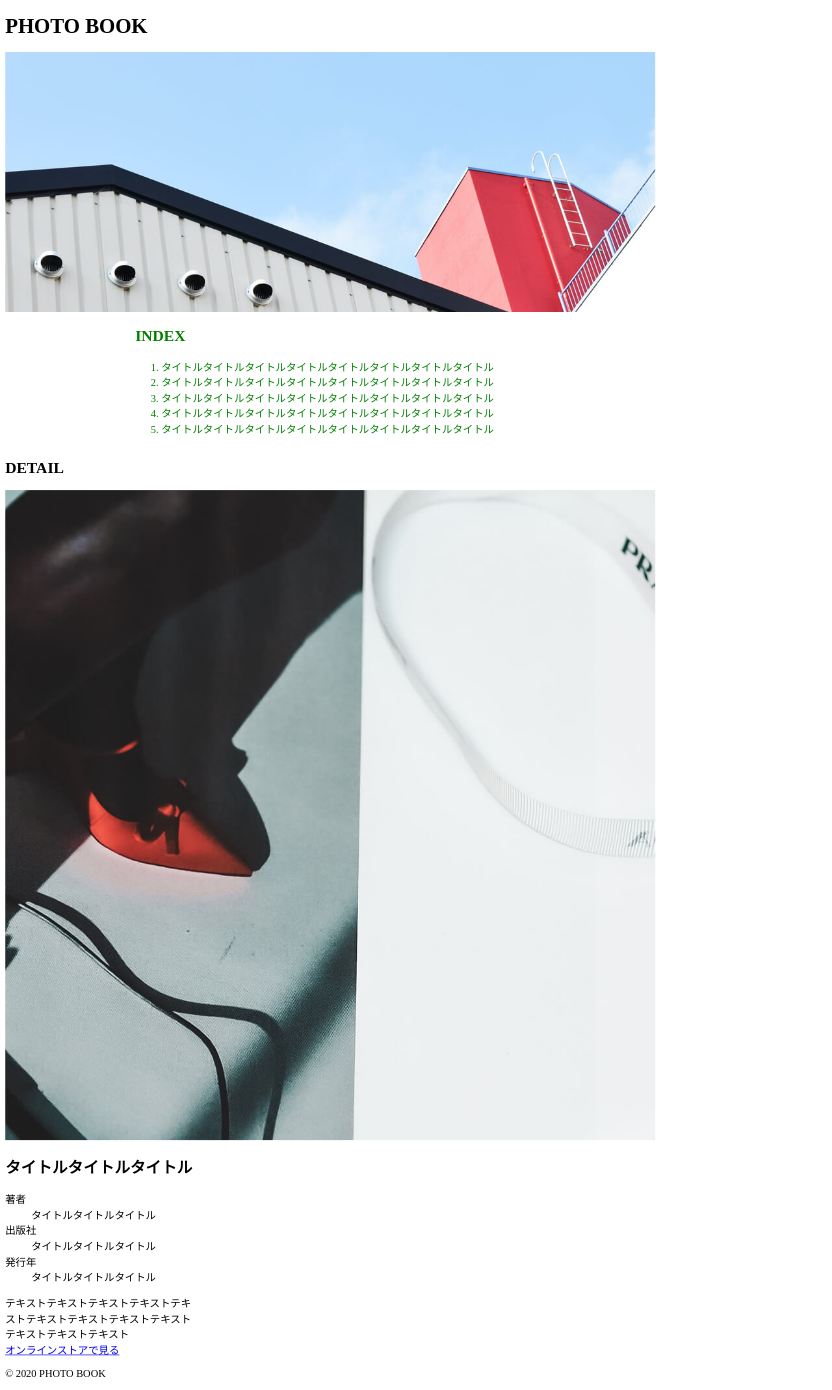
Repository: daytime/LP-study
Page: photo_book/index.html
The author's editor kept a copy of each file at every save. The page is drawn from the files as they stood at one save, then again after the next save.
The browser window is 1280 px wide. The pictures show the whole page, at 65% of full size.

Above is the page before, as saved 2025-02-09 11:29:41.

### photo_book/index.html
<!DOCTYPE html>
<!-- https://code-jump.com/photo-menu/ -->
<html lang="ja">
  <head>
    <meta charset="UTF-8" />
    <meta name="viewport" content="width=device-width, initial-scale=1.0" />
    <style>
      @import url(./style.css);
    </style>
    <title>PHOTO BOOK</title>
  </head>
  <body>
    <header>
      <h1>PHOTO BOOK</h1>
    </header>
    <aside>
    <img src="img/mainvisual.jpg" alt="ロゴ" />
      <section id="index">
        <div>
          <h2>INDEX</h2>
          <!-- <ol number="1"> -->
          <ol>
            <li> タイトルタイトルタイトルタイトルタイトルタイトルタイトルタイトル</li>
            <li> タイトルタイトルタイトルタイトルタイトルタイトルタイトルタイトル</li>
            <li> タイトルタイトルタイトルタイトルタイトルタイトルタイトルタイトル</li>
            <li> タイトルタイトルタイトルタイトルタイトルタイトルタイトルタイトル</li>
            <li> タイトルタイトルタイトルタイトルタイトルタイトルタイトルタイトル</li>
          </ol>
        </div>
      </section>
      <section id="detail">
        <div>
          <h2>DETAIL</h2>
            <div class="fully">
              <img class="img" src="img/detail.jpg" alt="" />
              <div>
                <h2>タイトルタイトルタイトル</h2>
                <!-- <hr/> -->
                <dl class="">
                  <dt>著者</dt>
                  <dd>タイトルタイトルタイトル</dd>
                  <dt>出版社</dt>
                  <dd>タイトルタイトルタイトル</dd>
                  <dt>発行年</dt>
                  <dd>タイトルタイトルタイトル</dd>
                </dl>
                <!-- <hr/> -->
                <div class="main">
                  テキストテキストテキストテキストテキストテキストテキストテキストテキストテキストテキストテキスト
              </div>
              <div>
                <a href="https://www.google.com">オンラインストアで見る</a>
              </div>
            </div>
          </div>
      </section>
    </aside>
    <footer>
      <p>&copy 2020 PHOTO BOOK</p>
  </body>
</html>

### photo_book/style.css
.main {
  width: 300px;
}

#index {
  color: green;
  margin-left: 200px;
  display: flex;
  flex-direction: column;
mt

.img {
  width: 300px;
}

#detail {
  color: red;
  margin-left: 200px;
  display: flex;
  flex-direction: row;
}

.detail {
  display: flex;
  flex-direction: column;
}

.fully {
  display: flex;
  flex-direction: row;
}

#detail .content dl {
  border-top: solid 1px #dedede;
  border-bottom: solid 1px #dedede;
}

After the next save:
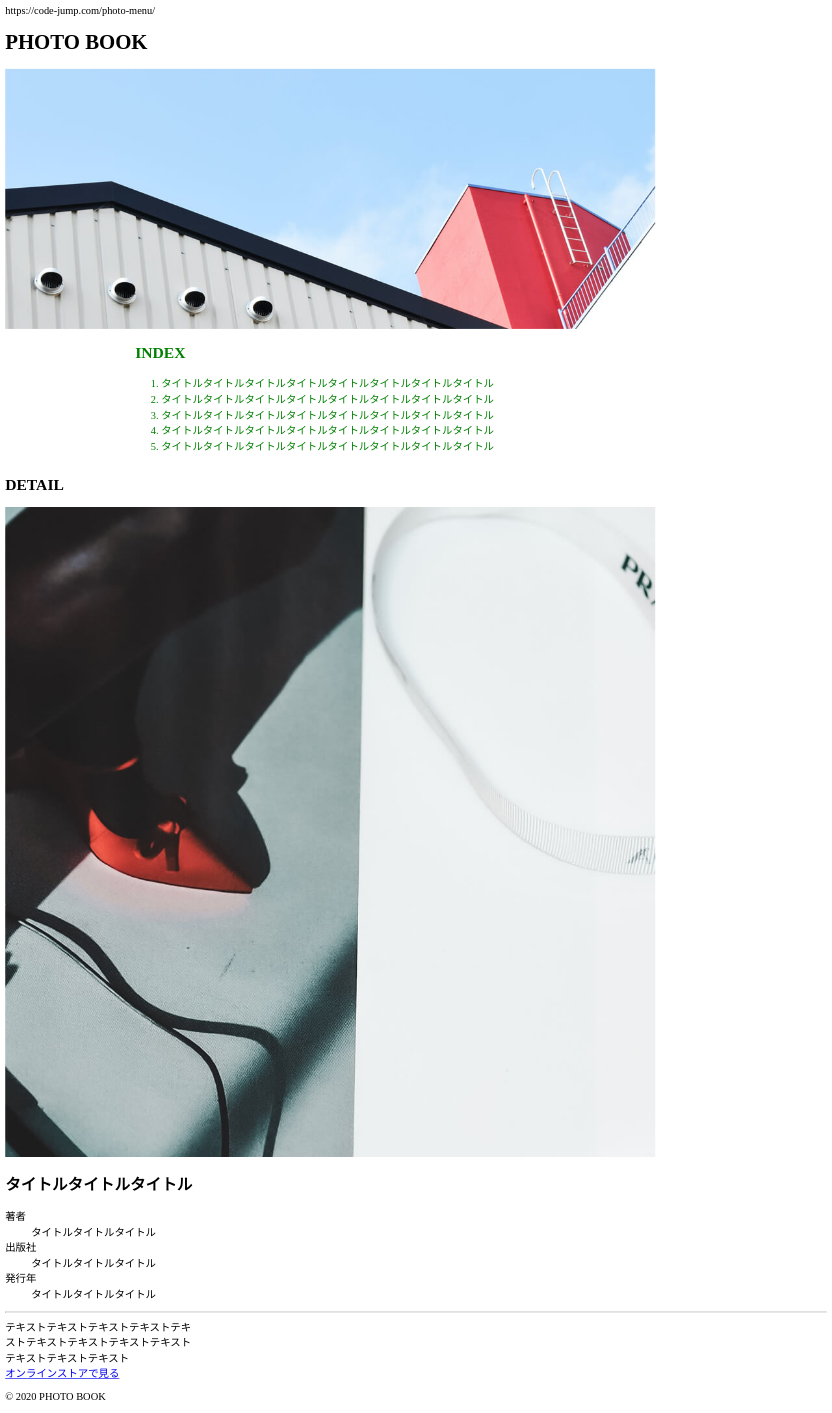
Saved 3 min 0 s later.
--- a/photo_book/index.html
+++ b/photo_book/index.html
@@ -1,5 +1,5 @@
 <!DOCTYPE html>
-<!-- https://code-jump.com/photo-menu/ -->
+https://code-jump.com/photo-menu/
 <html lang="ja">
   <head>
     <meta charset="UTF-8" />
@@ -44,7 +44,7 @@
                   <dt>発行年</dt>
                   <dd>タイトルタイトルタイトル</dd>
                 </dl>
-                <!-- <hr/> -->
+                <hr/>
                 <div class="main">
                   テキストテキストテキストテキストテキストテキストテキストテキストテキストテキストテキストテキスト
               </div>
